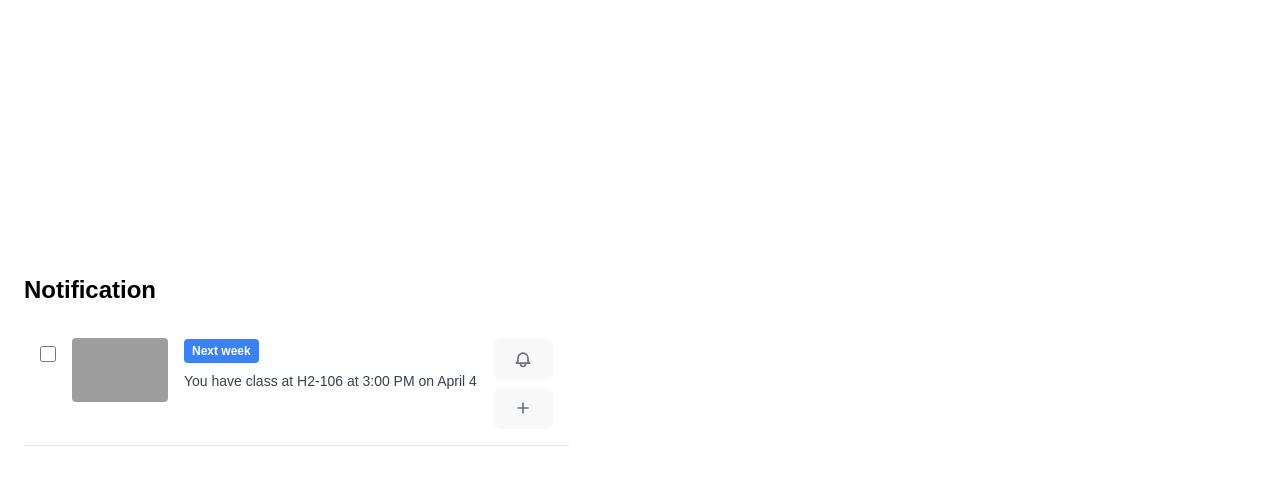
Repository: CNPM-S3MRS/frontend-web
Page: /notification
These files come from the project's save history. The page is drawn as it stood at one moment and after the next save; the edit follows.
The browser window is 1280 px wide. The pictures show the whole page.
Pictures or frames that could not be fetched are drawn as grey boxes. The project was rebuilt for these pictures with package versions that can differ from the ones it lists, and the page was loaded fresh each time. Also part of the build but not shown: vite.config.js, src/pages/auth/Login.jsx.

Above is the page before, as saved 2025-04-08 23:15:59.

### src/App.jsx
import { BrowserRouter as Router, Routes, Route } from 'react-router-dom';
import Login from '@/pages/auth/Login';
import Notification from './pages/notification/notification';

function App() {
  return (
    <Router>
      <Routes>
        <Route path="/login" element={<Login />} />
        <Route path="/notification" element={<Notification />} /> {/* Add this route */}
        <Route path="/" element={<div>Trang chủ</div>} />
      </Routes>
    </Router>
  );
}

export default App;

### src/index.css
@tailwind base;
@tailwind components;
@tailwind utilities;


:root {
  font-family: system-ui, Avenir, Helvetica, Arial, sans-serif;
  line-height: 1.5;
  font-weight: 400;

  color-scheme: light dark;
  color: rgba(255, 255, 255, 0.87);
  background-color: #242424;

  font-synthesis: none;
  text-rendering: optimizeLegibility;
  -webkit-font-smoothing: antialiased;
  -moz-osx-font-smoothing: grayscale;
}

a {
  font-weight: 500;
  color: #646cff;
  text-decoration: inherit;
}
a:hover {
  color: #535bf2;
}

body {
  margin: 0;
  display: flex;
  place-items: center;
  min-width: 320px;
  min-height: 100vh;
}

h1 {
  font-size: 3.2em;
  line-height: 1.1;
}

button {
  border-radius: 8px;
  border: 1px solid transparent;
  padding: 0.6em 1.2em;
  font-size: 1em;
  font-weight: 500;
  font-family: inherit;
  background-color: #1a1a1a;
  cursor: pointer;
  transition: border-color 0.25s;
}
button:hover {
  border-color: #646cff;
}
button:focus,
button:focus-visible {
  outline: 4px auto -webkit-focus-ring-color;
}
h1 {
  font-size: 1.5rem;
  font-weight: bold;
  margin-bottom: 1rem;
}
body {
  font-family: Arial, sans-serif;
  background-color: #ffffff;
  color: #000000;
}

input[type="checkbox"] {
  width: 1rem;
  height: 1rem;
}

@media (prefers-color-scheme: light) {
  :root {
    color: #213547;
    background-color: #ffffff;
  }
  a:hover {
    color: #747bff;
  }
  button {
    background-color: #f9f9f9;
  }
}

### src/pages/notification/notification.jsx
import React, { useEffect, useState } from "react";
import NotificationCard from "../../components/card/NotificationCard";

const Notification = () => {
  const [notifications, setNotifications] = useState([]);

  useEffect(() => {
    const mockData = [
      {
        id: 1,
        image: "/vite.svg", // Replace with your image URL
        status: "Next week",
        statusColor: "blue",
        message: "You have class at H2-106 at 3:00 PM on April 4",
      },
    ];
    setNotifications(mockData);
  }, []);

  return (
    <div className="p-6">
      <h1 className="text-2xl font-bold mb-4">Notification</h1>
      <div>
        {notifications.map((notification) => (
          <NotificationCard
            key={notification.id}
            image={notification.image}
            status={notification.status}
            statusColor={notification.statusColor}
            message={notification.message}
          />
        ))}
      </div>
    </div>
  );
};

export default Notification;

### src/components/card/NotificationCard.jsx
import React from "react";

const NotificationCard = ({ image, status, statusColor, message }) => {
  return (
    <div className="flex items-start space-x-4 p-4 border-b">
      {/* Checkbox */}
      <input type="checkbox" className="mt-2 w-4 h-4" />

      {/* Image */}
      <img
        src={image}
        alt="Notification"
        className="w-24 h-16 object-cover rounded"
      />

      {/* Content */}
      <div className="flex-1">
        {/* Status Badge */}
        <span
          className={`inline-block px-2 py-1 text-xs font-semibold text-white bg-${statusColor}-500 rounded`}
        >
          {status}
        </span>
        {/* Message */}
        <p className="text-sm text-gray-700 mt-2">{message}</p>
      </div>

      {/* Icons */}
      <div className="flex flex-col items-center space-y-2">
      <button>
        <svg
          xmlns="http://www.w3.org/2000/svg"
          className="h-5 w-5 text-gray-500"
          fill="none"
          viewBox="0 0 24 24"
          stroke="currentColor"
        >
          <path
            strokeLinecap="round"
            strokeLinejoin="round"
            strokeWidth={2}
            d="M15 17h5l-1.405-1.405A2.032 2.032 0 0118 14.158V11a6 6 0 10-12 0v3.159c0 .538-.214 1.055-.595 1.436L4 17h5m6 0v1a3 3 0 11-6 0v-1m6 0H9"
          />
        </svg>
      </button>
      <button>
        <svg
          xmlns="http://www.w3.org/2000/svg"
          className="h-5 w-5 text-gray-500"
          fill="none"
          viewBox="0 0 24 24"
          stroke="currentColor"
        >
          <path
            strokeLinecap="round"
            strokeLinejoin="round"
            strokeWidth={2}
            d="M12 6v6m0 0v6m0-6h6m-6 0H6"
          />
        </svg>
      </button>
    </div>
    </div>
  );
};

export default NotificationCard;

### tailwind.config.js
/** @type {import('tailwindcss').Config} */
module.exports = {
  content: ["./src/**/*.{js,jsx,ts,tsx}"], // Include all source files
  theme: {
    extend: {},
  },
  plugins: [],
};

Loaded but not shown: index.html (common file); src/main.jsx (common file)

After the next save:
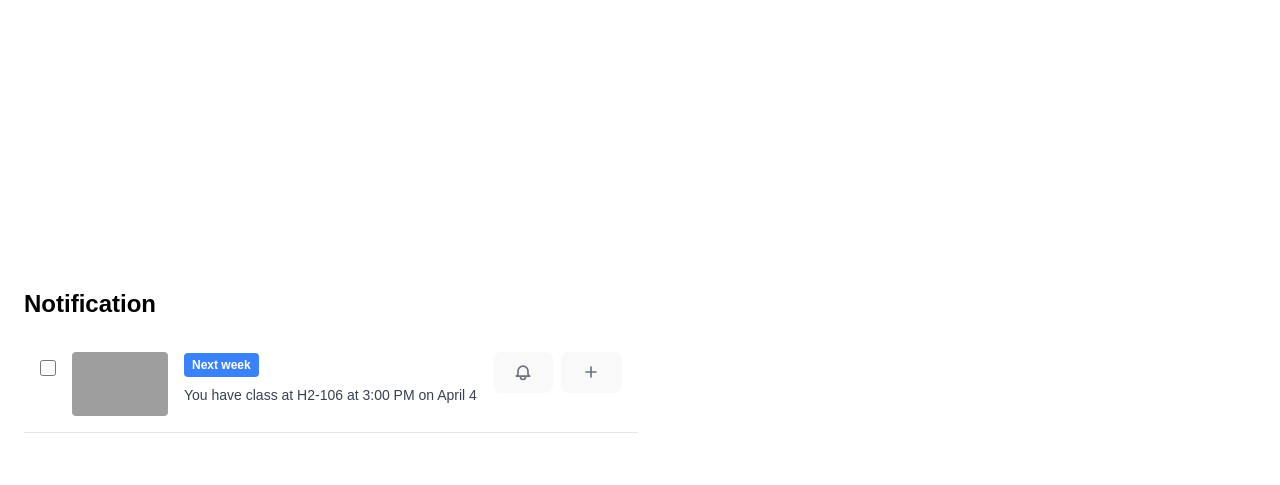
Saved 7 s later.
--- a/src/components/card/NotificationCard.jsx
+++ b/src/components/card/NotificationCard.jsx
@@ -26,40 +26,40 @@
       </div>
 
       {/* Icons */}
-      <div className="flex flex-col items-center space-y-2">
-      <button>
-        <svg
-          xmlns="http://www.w3.org/2000/svg"
-          className="h-5 w-5 text-gray-500"
-          fill="none"
-          viewBox="0 0 24 24"
-          stroke="currentColor"
-        >
-          <path
-            strokeLinecap="round"
-            strokeLinejoin="round"
-            strokeWidth={2}
-            d="M15 17h5l-1.405-1.405A2.032 2.032 0 0118 14.158V11a6 6 0 10-12 0v3.159c0 .538-.214 1.055-.595 1.436L4 17h5m6 0v1a3 3 0 11-6 0v-1m6 0H9"
-          />
-        </svg>
-      </button>
-      <button>
-        <svg
-          xmlns="http://www.w3.org/2000/svg"
-          className="h-5 w-5 text-gray-500"
-          fill="none"
-          viewBox="0 0 24 24"
-          stroke="currentColor"
-        >
-          <path
-            strokeLinecap="round"
-            strokeLinejoin="round"
-            strokeWidth={2}
-            d="M12 6v6m0 0v6m0-6h6m-6 0H6"
-          />
-        </svg>
-      </button>
-    </div>
+      <div className="flex items-center space-x-2">
+        <button>
+          <svg
+            xmlns="http://www.w3.org/2000/svg"
+            className="h-5 w-5 text-gray-500"
+            fill="none"
+            viewBox="0 0 24 24"
+            stroke="currentColor"
+          >
+            <path
+              strokeLinecap="round"
+              strokeLinejoin="round"
+              strokeWidth={2}
+              d="M15 17h5l-1.405-1.405A2.032 2.032 0 0118 14.158V11a6 6 0 10-12 0v3.159c0 .538-.214 1.055-.595 1.436L4 17h5m6 0v1a3 3 0 11-6 0v-1m6 0H9"
+            />
+          </svg>
+        </button>
+        <button>
+          <svg
+            xmlns="http://www.w3.org/2000/svg"
+            className="h-5 w-5 text-gray-500"
+            fill="none"
+            viewBox="0 0 24 24"
+            stroke="currentColor"
+          >
+            <path
+              strokeLinecap="round"
+              strokeLinejoin="round"
+              strokeWidth={2}
+              d="M12 6v6m0 0v6m0-6h6m-6 0H6"
+            />
+          </svg>
+        </button>
+      </div>
     </div>
   );
 };
